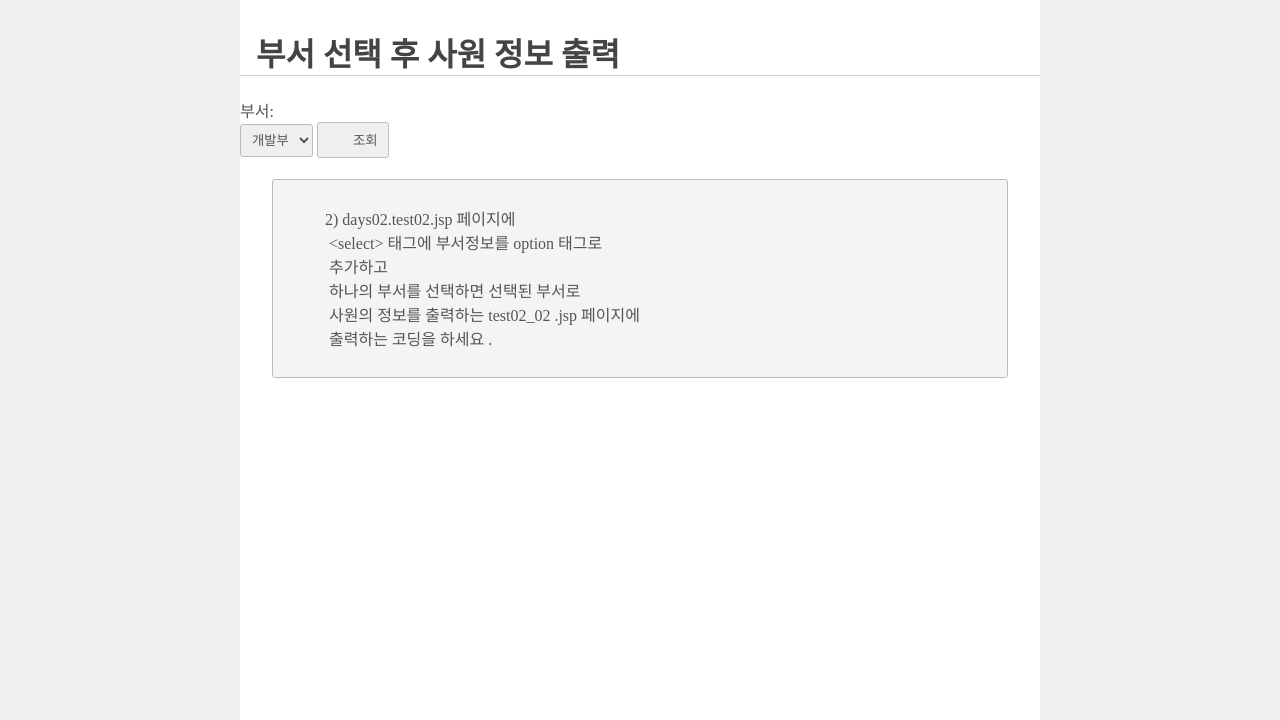
Repository: park-jiwoong/webClass
Page: http://localhost/jspPro/days02/test02.jsp
These files come from the project's save history. The page is drawn as it stood at one moment and after the next save; the edit follows.
The browser window is 1280 px wide. The pictures show the whole page.
Some web fonts or font styles are not loaded; a fallback is used. The page is served by Tomcat 9. Other server files are loaded and not shown.

Above is the page before, as saved 2025-05-22 01:08:51.

### webPro/src/main/webapp/JSPClass/jspPro/src/main/webapp/days02/test02.jsp
<%@ page contentType="text/html; charset=UTF-8" pageEncoding="UTF-8"%>
<!DOCTYPE html>
<html>
<head>
<meta charset="UTF-8">
<meta name="viewport" content="width=device-width, initial-scale=1.0">
<link rel="shortcut icon" type="image/x-icon" href="http://localhost/jspPro/images/SiSt.ico">
<title>부서 선택</title>
<script src="https://ajax.googleapis.com/ajax/libs/jquery/3.7.1/jquery.min.js"></script>
<link rel="stylesheet" href="http://localhost/jspPro/resources/cdn-main/example.css">
<script src="http://localhost/jspPro/resources/cdn-main/example.js"></script>
	<style>
 	span.material-symbols-outlined{
    vertical-align: text-bottom;
 	}
	</style>
</head>
<body>
	<h1>부서 선택 후 사원 정보 출력</h1>
	<form action="test02_02.jsp">부서: </form>
	<select id="dept" name="dept"> <!-- select 태그 dept는 디자인 줌 옮겨야 할듯... -->
		<option id="개발부">개발부</option>
		<option id="영업부">영업부</option>
		<option id="총무부">총무부</option>
	</select>
	<button type="submit">조회</button>
<div>
    <xmp class="code">
         2) days02.test02.jsp 페이지에
          <select> 태그에 부서정보를 option 태그로
          추가하고
          하나의 부서를 선택하면 선택된 부서로
          사원의 정보를 출력하는 test02_02 .jsp 페이지에
          출력하는 코딩을 하세요 .
    </xmp>
</div>
</body>
</html>

### webPro/src/main/webapp/JSPClass/jspPro/src/main/webapp/resources/cdn-main/example.css
@charset "UTF-8";

@import url('https://fonts.googleapis.com/css2?family=Material+Symbols+Outlined:opsz,wght,FILL,GRAD@20..48,100..700,0..1,-50..200');

@font-face {
    font-family: 'GmarketSansMedium';
    src: url('https://cdn.jsdelivr.net/gh/projectnoonnu/noonfonts_2001@1.1/GmarketSansMedium.woff') format('woff');
    font-weight: normal;
    font-style: normal;
}

:root {
	--text-color: #555;
	--sub-text-color: #777;
	--back-color: #EFEFEF;
	--header-color: #444;
	--primary-color: #DEDEDE;
	--secondary-color: #EFEFEF;
	--default-width: 800px;
	--narrow-width: 500px;
	--wide-width: 1200px;
	--text-font: 'GmarketSansMedium';
	--icon-font: 'Material Symbols Outlined';
	--border-color: #CCC;
}

html, body {
	margin: 0;
	padding: 0;
}

html {
	background-color: var(--back-color);
	display: flex;
	justify-content: center;
	min-height: 100vh;
}

body, body.default {
	width: var(--default-width);
	background-color: white;
	padding-bottom: 120px;
}

body.wide {
	width: var(--wide-width);
}

body.narrow {
	width: var(--narrow-width);
}



body, p, div, span, a, input, select, option, textarea, button, table, th, td, label, fieldset, legend {
	font-family: var(--text-font);
	color: var(--text-color);
}

h1, h2, h3 {
	font-family: var(--text-font);
	color: var(--header-color);
	padding: 0 1rem;
	padding-top: .5rem;
}

div > h1, div > h2, div > h3 {
	padding: 0;
}

body > div, body > main > div {
	padding: 0.3rem 1rem;
}


h1 { font-size: 2rem; border-bottom: 1px solid var(--border-color); }
h1 small { font-size: 1.2rem; color: var(--sub-text-color); }
h2 { font-size: 1.5rem; border-bottom: 1px dashed var(--border-color); }
h2 small { font-size: 1.1rem; color: --sub-text-color; }
h3 { font-size: 1.2rem; }
h3 small { font-size: 1rem; color: --sub-text-color; }



h1.main::before {
	font-family: var(--icon-font);
  	content: '\e666';
  	margin-right: 10px;
  	float: left;
	font-size: 2.5rem;
}

h1.sub::before {
	font-family: var(--icon-font);
  	content: '\ea19';
  	margin-right: 10px;
  	float: left;
	font-size: 2.5rem;
}


h1.page::before {
	font-family: var(--icon-font);
  	content: '\e0e0';
  	margin-right: 10px;
  	float: left;
	font-size: 2.5rem;
}

body > header > ul > li > .active{
	background-color: #FFF;
	color:#F00;
}

body > header {
	display: flex;
	justify-content: space-between;
	border-bottom: 5px solid var(--border-color);
	min-height: 74px;
	background-color: #FFF;
}

body > header.sticky {
	position: sticky;
	top: 0;
	z-index: 98;
}

body > header > h1 {
	font-size: 1.2rem;
	border: 0;
}

body > header.in > h1::before {
	font-family: var(--icon-font);
  	content: '\e332‥';
  	margin-right: 3px;
  	float: left;
	font-size: 2rem;
}


body > header > ul {
	list-style-type: none;
	display: flex;
	align-items: flex-end;
	margin-right: 10px;
}

body > header > ul > li {
	margin-right: 10px;
	cursor: pointer;
}

body > header > ul > li > a {
	cursor: pointer;
}


form {
	display: block;
}

form > div {
	padding: 0.3rem 1rem;
}

div > form > div {
	padding: 0.3rem 0;
}

input, textarea, button, select {
	border: 1px solid #BBB;
	border-radius: 3px;
	outline: none;
	resize: none;
	padding: 7px;
	margin: 0;
}

input[type=text]:read-only, textarea:read-only {
	cursor: not-allowed;
	background-color: #FFF;
}

input[type=text]:disabled, textarea:disabled {
	cursor: not-allowed;
	background-color: #EEE;
}

input[type=text], input[type=password], textarea, button, select {
	/* width: 300px; */
}

textarea {
	display: block;
	height: 100px;
}

input[type=button], input[type=submit], button {
	/* width: inherit; */
}

input.short, textarea.short, button.short, select.short {
	width: 100px;
}

input.long, textarea.long, button.long, select.long {
	width: 350px;
}

.narrow input.long, .narrow textarea.long, .narrow button.long, .narrow select.long {
	width: calc(100% - 20px);
}

input.full, textarea.full, button.full, select.full {
	width: calc(100% - 20px);
}

textarea.short {
	height: 50px;
}

textarea.long {
	height: 100px;
}

textarea.full {
	height: 200px;
}

input, textarea {
	padding-top: 8px;
}

input[type=button], input[type=submit], button {
	padding: 5px 10px;
	background-color: var(--secondary-color);
	cursor: pointer;
	min-height: 36px;
}

input[type=button].primary, input[type=submit].primary, button.primary {
	/* background-color: rgba(100, 149, 237, .2); */
	background-color: var(--primary-color);
}

input[type=button].primary:hover, input[type=submit].primary:hover, button.primary:hover {
	/* background-color: rgba(100, 149, 237, .3); */
	background-color: var(--secondary-color);
}

input[type=button]:hover, input[type=submit]:hover, button:hover {
	background-color: var(--primary-color);
}

button {
	position: relative;
	left: 0;
	top: 0;
	padding-left: 35px;
}

button .material-symbols-outlined {
	position: absolute;
	left: 10px;
	top: 4px;
}

/* k2nik add */
button.login::before {
	font-family: var(--icon-font);
  	content: '\ea77';
	position: absolute;
	left: 11px;
	top: 4px;
	font-size: 1.25rem;
}

/* k2nik logout */
button.logout::before {
	font-family: var(--icon-font);
  	content: '\e9ba';
	position: absolute;
	left: 11px;
	top: 4px;
	font-size: 1.25rem;
}

/* k2nik help */
button.help::before {
	font-family: var(--icon-font);
  	content: '\f1c0';
	position: absolute;
	left: 11px;
	top: 4px;
	font-size: 1.25rem;
}

button.add::before{
	font-family: var(--icon-font);
  	content: '\e746';
	position: absolute;
	left: 11px;
	top: 4px;
	font-size: 1.25rem;
}

button.back::before {
	font-family: var(--icon-font);
  	content: '\e166';
	position: absolute;
	left: 11px;
	top: 4px;
	font-size: 1.25rem;
}

button.list::before {
	font-family: var(--icon-font);
  	content: '\e0ee';
	position: absolute;
	left: 11px;
	top: 4px;
	font-size: 1.25rem;
}


button.del::before {
	font-family: var(--icon-font);
  	content: '\e872';
	position: absolute;
	left: 11px;
	top: 4px;
	font-size: 1.25rem;
}

button.alldel::before {
	font-family: var(--icon-font);
  	content: '\e92b';
	position: absolute;
	left: 11px;
	top: 4px;
	font-size: 1.25rem;
}


button.edit::before {
	font-family: var(--icon-font);
  	content: '\e745';
	position: absolute;
	left: 11px;
	top: 4px;
	font-size: 1.25rem;
}


button.login::before {
	font-family: var(--icon-font);
  	content: '\ea77';
	position: absolute;
	left: 11px;
	top: 4px;
	font-size: 1.25rem;
}


button.logout::before {
	font-family: var(--icon-font);
  	content: '\e9ba';
	position: absolute;
	left: 11px;
	top: 4px;
	font-size: 1.25rem;
}


button.in::before {
	font-family: var(--icon-font);
  	content: '\f71a';
	position: absolute;
	left: 11px;
	top: 4px;
	font-size: 1.25rem;
}


button.out::before {
	font-family: var(--icon-font);
  	content: '\f70e';
	position: absolute;
	left: 11px;
	top: 4px;
	font-size: 1.25rem;
}


button.reply::before {
	font-family: var(--icon-font);
  	content: '\e15e';
	position: absolute;
	left: 11px;
	top: 4px;
	font-size: 1.25rem;
}


button.comment::before {
	font-family: var(--icon-font);
  	content: '\e0b9';
	position: absolute;
	left: 11px;
	top: 4px;
	font-size: 1.25rem;
}


button.modal::before {
	font-family: var(--icon-font);
  	content: '\e89e';
	position: absolute;
	left: 11px;
	top: 4px;
	font-size: 1.25rem;
}


button.ok::before {
	font-family: var(--icon-font);
  	content: '\e86c';
	position: absolute;
	left: 11px;
	top: 4px;
	font-size: 1.25rem;
}


button.cancel::before {
	font-family: var(--icon-font);
  	content: '\e5c9';
	position: absolute;
	left: 11px;
	top: 4px;
	font-size: 1.25rem;
}

button.search::before {
	font-family: var(--icon-font);
  	content: '\e8b6';
	position: absolute;
	left: 11px;
	top: 4px;
	font-size: 1.25rem;
}

button.home::before {
	font-family: var(--icon-font);
  	content: '\e88a';
	position: absolute;
	left: 11px;
	top: 4px;
	font-size: 1.25rem;
}


button.sidebar::before {
	font-family: var(--icon-font);
  	content: '\f7e4';
	position: absolute;
	left: 11px;
	top: 4px;
	font-size: 1.25rem;
}


button.sidebar-right::before {
	font-family: var(--icon-font);
  	content: '\f7e5';
	position: absolute;
	left: 11px;
	top: 4px;
	font-size: 1.25rem;
}




button::before {
	font-family: var(--icon-font);
  	content: '\e323';
	position: absolute;
	left: 11px;
	top: 4px;
	font-size: 1.25rem;
}


table {
	border-collapse: collapse;
	margin: 1rem;
	box-sizing: border-box;
	width: calc(100% - 32px);
}

table.content {
	width: auto;
}

div > table {
	margin: 0;
}

table th, table td {
	border: 1px solid var(--border-color);
	padding: 7px;
	font-weight: normal;
}

table th {
	background-color: var(--back-color);
}

table.vertical th {
	width: 150px;
}

table.vertical td {
	width: calc(100% - 182px);
	padding-left: 10px;
}

table.content td, table.content th {
	width: auto;
}

body.narrow table.vertical th {
	width: 100px;
}

body.narrow table.vertical td {
	width: calc(100% - 182px);
}


table + table {
	margin-top: 30px;
}


p {
	padding: 0 1rem;
}

a {
	text-decoration: none;
}

a:hover {
	color: rgba(255, 99, 71, .7);
}

hr {
	border: 0;
	border-top: 1px solid var(--border-color);
	margin: 2rem 0;
}

.message {
	border: 1px solid var(--border-color);
	background-color: #EFEFEF;
	margin: 1rem;
	width: auto;
	padding-top: 10px;
	padding-bottom: 10px;
	font-size: 14px;
}

.message[title]::before {
	content: attr(title);
	display: block;
	border-bottom: 1px solid var(--border-color);
	padding-bottom: 5px;
	margin-bottom: 10px;
	margin-top: 7px;
}

.message.short {
	max-width: 250px;
}

.message.long {
	max-width: 500px;
}

.badge {
	float: right;
	font-size: .8rem;
	margin-top: 2px;
	margin-right: 2px;
	text-shadow: 0 0 7px gray;
}

.badge.left {
	float: none;
	margin-left: 2px;
}

.badge.right {
	float: right;
}

.badge.red {
	border-radius: 50%;
	padding: 2px 5px;
	background-color: rgb(255, 99, 71, .3);
}

.badge.yellow {

	border-radius: 50%;
	padding: 2px 5px;
	background-color: rgb(255, 215, 0, .5);
}

.badge.blue {
	border-radius: 50%;
	padding: 2px 5px;
	background-color: rgb(100, 149, 237, .3);
}

label + label {
	margin-left: 7px;
}

label input[type=checkbox], label input[type=radio] {
	transform: translate(0, 1px);
}

.group {
	display: flex;
}

.modal-content .group {
	margin-bottom: .5rem;
}

.group label {
	border: 1px solid #BBB;
	border-radius: 3px;
	outline: none;
	resize: none;
	padding: 7px 14px;
	margin: 0;
	border-top-right-radius: 0;
	border-bottom-right-radius: 0;
	background-color: #EFEFEF;
	white-space: nowrap;
	font-size: 14px;
}

.group input[type=text] {
	margin-left: -1px;
	border-top-left-radius: 0;
	border-bottom-left-radius: 0;
}

.group select {
	margin-left: -1px;
	border-top-left-radius: 0;
	border-bottom-left-radius: 0;
}

.group input.full[type=text] {
	margin-left: -1px;
	border-top-left-radius: 0;
	border-bottom-left-radius: 0;
	width: 100%;
}

.group input[type=button]:first-child, .group button:first-child {
	border-top-left-radius: 3px;
	border-bottom-left-radius: 3px;
	margin-left: 0px;
}

.group input[type=button], .group button {
	border-radius: 0;
	margin-left: -1px;
}

.group input[type=button]:last-child, .group button:last-child {
	margin-left: -1px;
	border-top-right-radius: 3px;
	border-bottom-right-radius: 3px;
}

.seperate {
	display: flex;
	justify-content: space-between;
}

div.list {
	width: max-content;
	margin: 1rem;
	border: 1px solid #BBB;
	border-radius: 3px;
	padding: 0;
}

div.list.full {
	width: auto;
	display: block;
	margin: 1rem;
	border: 1px solid #BBB;
	border-radius: 3px;
	padding: 0;
}

div.list > div {
	padding: .5rem 1rem;
	margin: 0;
	border-bottom: 1px solid #BBB;
}

div.list > div:last-child {
	border-bottom: 0;
}

pre.code , xmp.code{
	font-family: consols;
	background-color: rgba(150, 150, 150, .1);
	border: 1px solid #BBB;
	border-radius: 3px;
	padding: .5rem 1rem;
	padding-bottom: .6rem;
	margin: 1rem;
}




*[data-modal-window] {
	position: fixed;
	background-color: rgba(0, 0, 0, .3);
	left: 0;
	top: 0;
	display: none;
	justify-content: center;
	align-items: flex-start;
	width: 100%;
	min-height: 100vh;
	z-index: 100;
	opacity: 0;
	transition: 500ms all;
}

*[data-modal-window] .modal-container {
	border-radius: 5px;
	padding: 1rem;
	padding-bottom: .5rem;
	margin-top: -500px;
	opacity: 0;
	width: 500px;
	background-color: #FFF;
	margin-right: 2rem;
	transition: 500ms all;
}

*[data-modal-size=content] .modal-container {
	width: auto;
}

*[data-modal-size=narrow] .modal-container {
	width: 300px;
}

*[data-modal-size=wide] .modal-container {
	width: 760px;
}


*[data-modal-window] .modal-header {
	border-bottom: 1px solid var(--border-color);
	padding: 2px 5px;
}

*[data-modal-window] .modal-content {
	padding: 1rem 5px;
}

*[data-modal-window] .modal-content div:last-child {
	margin-top: 1rem;
	text-align: right;
}



*[data-sidebar-window] {
	position: fixed;
	background-color: #FFF;
	left: 0;
	top: 0;
	display: block;
	width: 300px;
	border-right: 1px solid var(--border-color);
	box-sizing: border-box;
	box-shadow: 0 0 3px var(--back-color);
	min-height: 100vh;
	z-index: 99;
	transform: translate(-300px, 0);
	transition-duration: 500ms;
	transition-property: transform;
}

*[data-sidebar-direction=right] {
	left: auto;
	right: 0;
	transform: translate(300px, 0);
	border-left: 1px solid var(--border-color);
}

*[data-sidebar-size=wide] {
	width: 500px;
	transform: translate(-500px, 0);
}

*[data-sidebar-window] .sidebar-title {
	border-bottom: 1px solid var(--border-color);
	margin-top: 20px;
	margin-bottom: 20px;
	padding-bottom: 5px;
	display: flex;
	justify-content: space-between;
}

*[data-sidebar-window] .sidebar-title span:last-child {
	cursor: pointer;
}


/* K2Nik pagination */
.center {
  text-align: center;
}

.pagination {
  display: inline-block;
}

.pagination a {
  color: black;
  float: left;
  padding: 3px 6px;
  text-decoration: none;
  transition: background-color .3s;
  border: 1px solid #ddd;
  margin: 0 3px;
}

.pagination a.active {
  background-color: #4CAF50;
  color: white;
  border: 1px solid #4CAF50;
}

.pagination a:hover:not(.active) {background-color: #ddd;}

### webPro/src/main/webapp/JSPClass/jspPro/src/main/webapp/resources/cdn-main/example.js

window.onload = () => {

    const list = document.querySelectorAll('input, textarea');

    list.forEach(item => {
        item.setAttribute('autocomplete', 'off');
    });


    const modal_btn_list = document.querySelectorAll('*[data-modal-button]');

    modal_btn_list.forEach(item => {
        item.onclick = function() {

            const name = this.dataset['modalButton'];
            const modal_window = document.querySelector('*[data-modal-window=' + name);

            const container = document.createElement('div');
            container.className = 'modal-container';



            const modal_header = document.createElement('div');
            modal_header.textContent = modal_window.dataset['modalTitle'];
            modal_header.className = 'modal-header';
            container.appendChild(modal_header);

            const modal_content = document.createElement('div');
            modal_content.className = 'modal-content';
            container.appendChild(modal_content);

            Array.from(modal_window.childNodes).forEach(item => {
                modal_content.appendChild(item);
            });

            modal_window.appendChild(container);

            modal_window.style.display = 'flex';

            setTimeout(() => {
                modal_window.style.opacity = 1;
                container.style.marginTop = '20px';
                container.style.opacity = 1;
            }, 50);


            const modal_ok = document.querySelector('*[data-modal-ok=' + name);
            modal_ok.addEventListener('click', function() {
                modal_window.style.opacity = 0;
                container.style.marginTop = '-500px';
                container.style.opacity = 0;

                setTimeout(() => {
                    modal_window.innerHTML = modal_content.innerHTML;
                    modal_window.style.display = 'none';
                }, 500);

            });

            const modal_cancel = document.querySelector('*[data-modal-cancel=' + name);
            modal_cancel.addEventListener('click', function() {

                modal_window.style.opacity = 0;
                container.style.marginTop = '-500px';
                container.style.opacity = 0;

                setTimeout(() => {
                    modal_window.innerHTML = modal_content.innerHTML;
                    modal_window.style.display = 'none';
                }, 500);
            });


        };
    });


    const sidebar_btn_list = document.querySelectorAll('*[data-sidebar-button]');

    sidebar_btn_list.forEach(item => {
        item.onclick = function() {



            const name = this.dataset['sidebarButton'];
            const sidebar_window = document.querySelector('*[data-sidebar-window=' + name);

            if (sidebar_window.style.transform == 'translate(0px, 0px)') return;



            sidebar_window.style.transform = 'translate(0, 0)';

            const sidebar_title = document.createElement('div');
            sidebar_title.className = 'sidebar-title';
            sidebar_title.innerHTML = '<span>' + sidebar_window.dataset['sidebarTitle'] + '</span><span class="material-symbols-outlined">close</span>';

            sidebar_title.children[1].onclick = function() {

                let sign = 1;
                let distance = 300;

                if (sidebar_window.dataset['sidebarDirection'] != 'right') {
                    sign = -1;
                } else {
                    sign = 1;
                }

                if (sidebar_window.dataset['sidebarSize'] != 'wide') {
                    distance = 300;
                } else {
                    distance = 500;
                }

                distance *= sign;

                sidebar_window.style.transform = 'translate(' + distance + 'px, 0)';

                setTimeout(function() {
                    sidebar_window.removeChild(sidebar_window.children[0]);
                }, 500);
            };


            sidebar_window.prepend(sidebar_title);

        }
    });

};

// window.onkeydown = function(event) {

//     if (event.keyCode == 27) {
//         if (document.querySelector('[data-modal-window').style.display == 'flex') {
//             document.querySelector('[data-modal-window').style.display = 'none';
//         }
//     }

// };

After the next save:
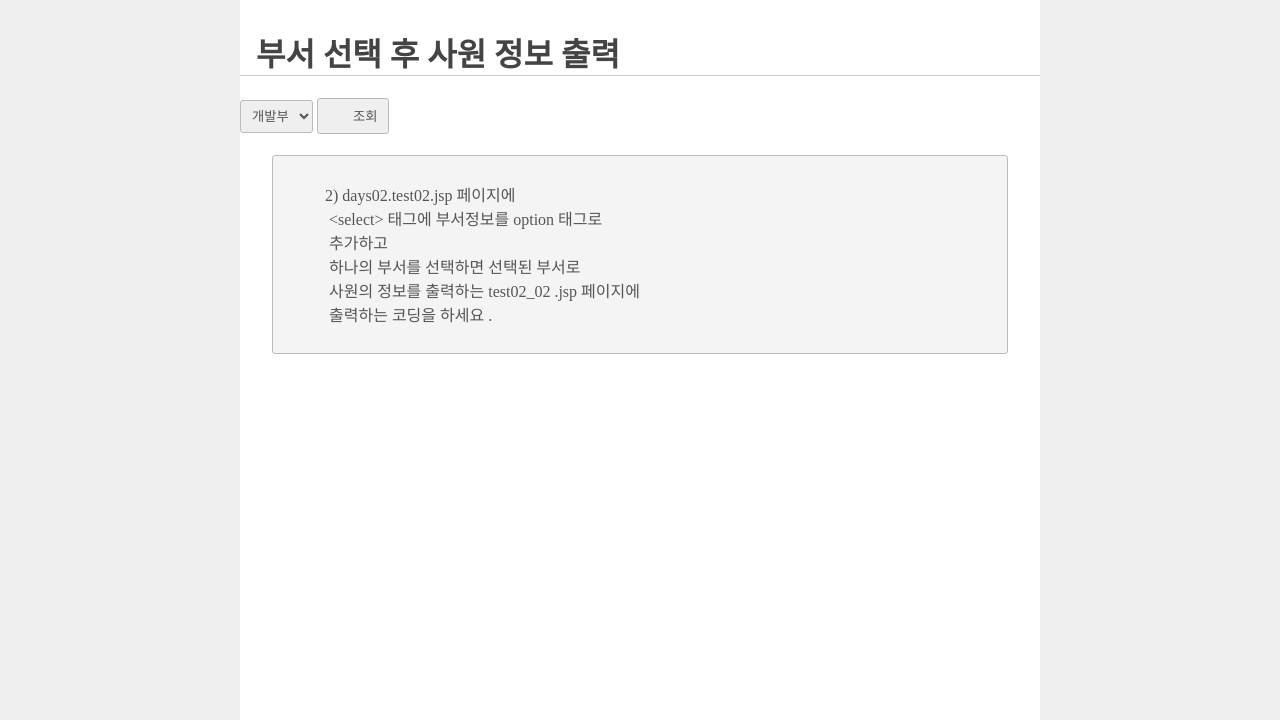
Saved 71 s later.
--- a/webPro/src/main/webapp/JSPClass/jspPro/src/main/webapp/days02/test02.jsp
+++ b/webPro/src/main/webapp/JSPClass/jspPro/src/main/webapp/days02/test02.jsp
@@ -17,13 +17,14 @@
 </head>
 <body>
 	<h1>부서 선택 후 사원 정보 출력</h1>
-	<form action="test02_02.jsp">부서: </form>
+	<form action="test02_02.jsp">
 	<select id="dept" name="dept"> <!-- select 태그 dept는 디자인 줌 옮겨야 할듯... -->
 		<option id="개발부">개발부</option>
 		<option id="영업부">영업부</option>
 		<option id="총무부">총무부</option>
 	</select>
 	<button type="submit">조회</button>
+	</form>
 <div>
     <xmp class="code">
          2) days02.test02.jsp 페이지에
